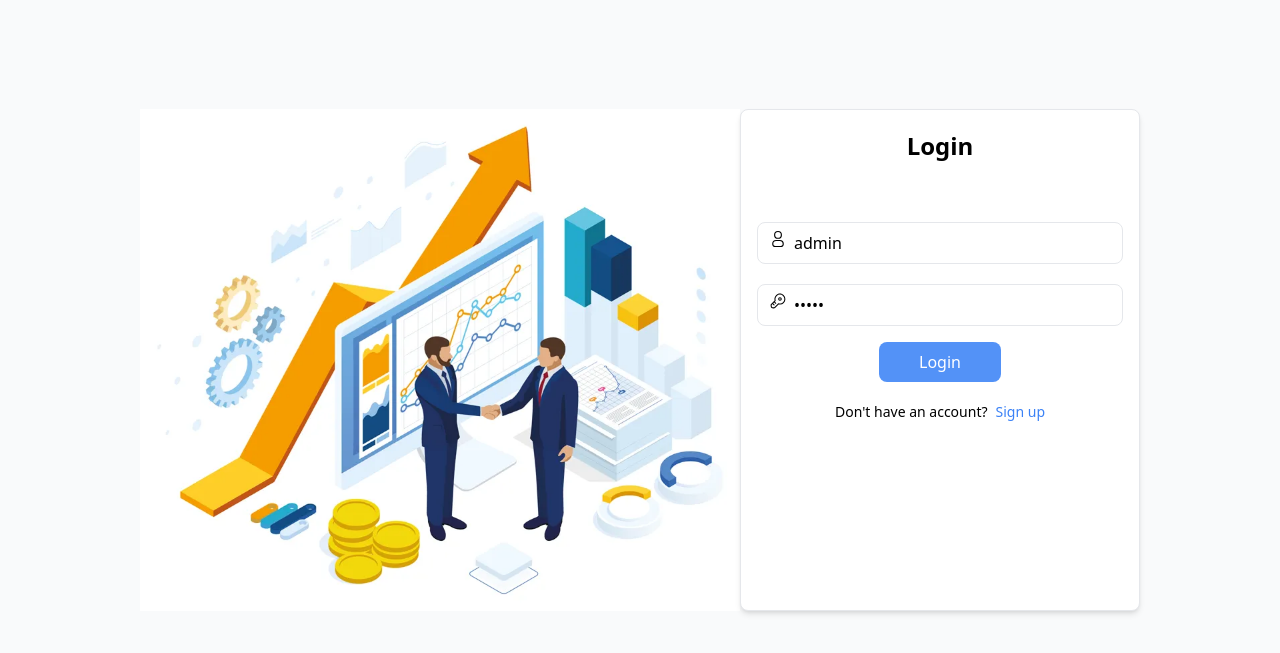
Repository: Fortivera/yourestate
Page: /
The author's editor kept a copy of each file at every save. The page is drawn from the files as they stood at one save, then again after the next save.
The browser window is 1280 px wide. The pictures show the whole page.
The project was rebuilt for these pictures with package versions that can differ from the ones it lists, and the page was loaded fresh each time. The framework's server and built-in components were replaced by stand-ins that run in the browser. Also part of the build but not shown: next.config.js.

Above is the page before, as saved 2023-11-02 14:47:47.

After the next save:
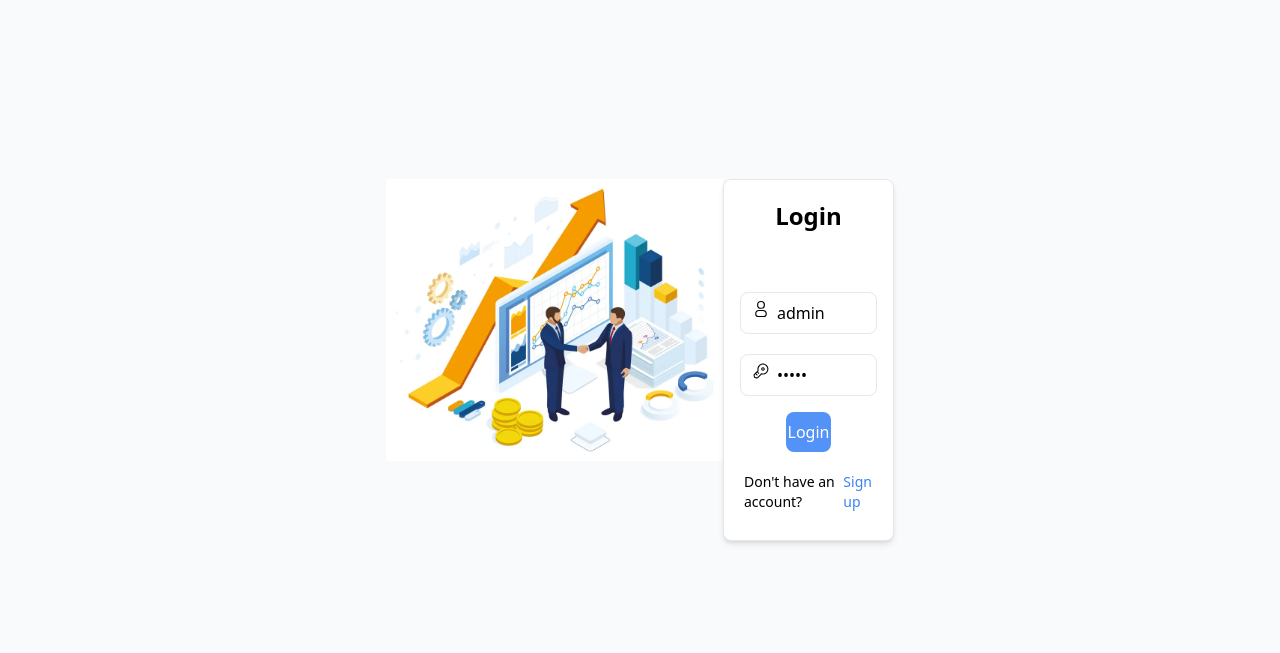
Saved 2 min 16 s later.
--- a/src/app/page.tsx
+++ b/src/app/page.tsx
@@ -8,7 +8,7 @@
     <div className="min-h-screen bg-gray-50 flex items-center justify-center">
       <div className="flex justify-center items-center w-full px-4 py-10 tablet:w-[540px] ">
         <div className="flex laptop:flex-row tablet:flex-col mobile:flex-col">
-          <figure className="w-[600px]  ">
+          <figure className="max-w-[600px]  ">
             <Image src="/static/growth.jpg" alt="login page picture" layout="responsive" width={500} height={700} className={""} />
           </figure>
           <div className="flex flex-col items-center w-[400px] px-4 pb-6 pt-5 bg-white border rounded-lg shadow-md">

After the save that followed:
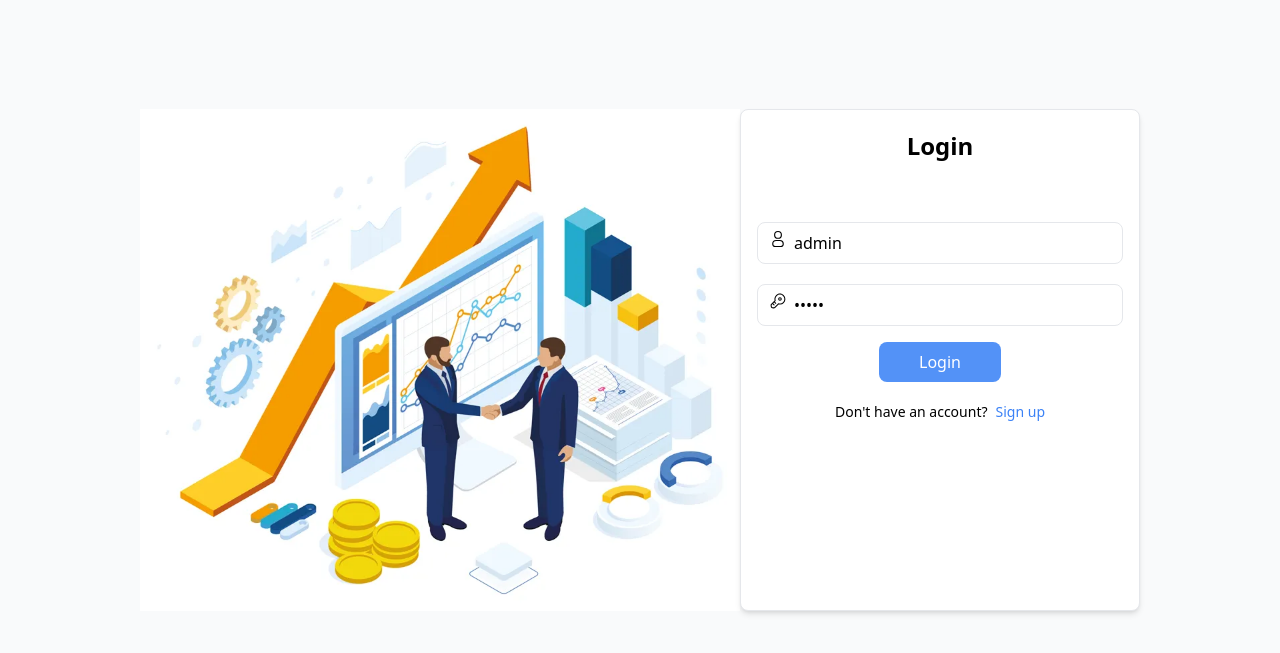
Saved 24 s later.
--- a/src/app/page.tsx
+++ b/src/app/page.tsx
@@ -8,7 +8,7 @@
     <div className="min-h-screen bg-gray-50 flex items-center justify-center">
       <div className="flex justify-center items-center w-full px-4 py-10 tablet:w-[540px] ">
         <div className="flex laptop:flex-row tablet:flex-col mobile:flex-col">
-          <figure className="max-w-[600px]  ">
+          <figure className="laptop:w-[600px]  ">
             <Image src="/static/growth.jpg" alt="login page picture" layout="responsive" width={500} height={700} className={""} />
           </figure>
           <div className="flex flex-col items-center w-[400px] px-4 pb-6 pt-5 bg-white border rounded-lg shadow-md">
